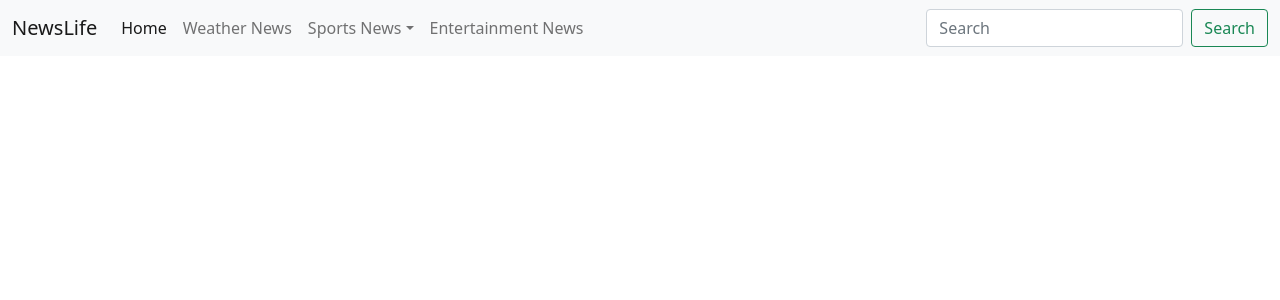
Repository: R-cpu-jpg/Newsapp.github.io
Page: /
These files come from the project's save history. The page is drawn as it stood at one moment and after a run of saves; the edit follows.
The browser window is 1280 px wide. The pictures show the whole page.
The project was rebuilt for these pictures with package versions that can differ from the ones it lists, and the page was loaded fresh each time. Also part of the build but not shown: src/index.css, src/App.css.

Above is the page before, as saved 2023-01-18 11:09:21.

### public/index.html
<!DOCTYPE html>
<html lang="en">
  <head>
    <meta charset="utf-8" />
    <link rel="icon" href="%PUBLIC_URL%/favicon.ico" />
    <meta name="viewport" content="width=device-width, initial-scale=1" />
    <meta name="theme-color" content="#000000" />
    <meta
      name="description"
      content="NewsLife is the site who grab the most of useful information about the all our world. It is also international website that contains the latest news. If you are interested in news of Weather, Politics, Sports, and Film industries. NewsLife is only for you."
    />
    <link rel="apple-touch-icon" href="%PUBLIC_URL%/logo192.png" />
    <!--
      manifest.json provides metadata used when your web app is installed on a
      user's mobile device or desktop. See https://developers.google.com/web/fundamentals/web-app-manifest/
    -->
    <link rel="manifest" href="%PUBLIC_URL%/manifest.json" />
    <link href="https://cdn.jsdelivr.net/npm/bootstrap@5.0.2/dist/css/bootstrap.min.css" rel="stylesheet" integrity="sha384-EVSTQN3/azprG1Anm3QDgpJLIm9Nao0Yz1ztcQTwFspd3yD65VohhpuuCOmLASjC" crossorigin="anonymous">
    <!--
      Notice the use of %PUBLIC_URL% in the tags above.
      It will be replaced with the URL of the `public` folder during the build.
      Only files inside the `public` folder can be referenced from the HTML.

      Unlike "/favicon.ico" or "favicon.ico", "%PUBLIC_URL%/favicon.ico" will
      work correctly both with client-side routing and a non-root public URL.
      Learn how to configure a non-root public URL by running `npm run build`.
    -->
    <title>NewsLife - get daily news free!</title>
  </head>
  <body>
    <noscript>You need to enable JavaScript to run this app.</noscript>
    <div id="root"></div>
    <!--
      This HTML file is a template.
      If you open it directly in the browser, you will see an empty page.

      You can add webfonts, meta tags, or analytics to this file.
      The build step will place the bundled scripts into the <body> tag.

      To begin the development, run `npm start` or `yarn start`.
      To create a production bundle, use `npm run build` or `yarn build`.
    -->
    <script src="https://cdn.jsdelivr.net/npm/@popperjs/core@2.9.2/dist/umd/popper.min.js" integrity="sha384-IQsoLXl5PILFhosVNubq5LC7Qb9DXgDA9i+tQ8Zj3iwWAwPtgFTxbJ8NT4GN1R8p" crossorigin="anonymous"></script>
<script src="https://cdn.jsdelivr.net/npm/bootstrap@5.0.2/dist/js/bootstrap.min.js" integrity="sha384-cVKIPhGWiC2Al4u+LWgxfKTRIcfu0JTxR+EQDz/bgldoEyl4H0zUF0QKbrJ0EcQF" crossorigin="anonymous"></script>
  </body>
</html>

### src/App.js

import './App.css';

import React, { Component } from 'react'
import Navbar from './Components/Navbar';

export default class App extends Component {
  render() {
    return (
      <div>
        <Navbar/>
      </div>
    )
  }
}

### src/Components/Navbar.js
import React, { Component } from 'react'

export class Navbar extends Component {

  render() {
    return (
      <div>
        <nav className="navbar navbar-expand-lg navbar-light bg-light">
            <div className="container-fluid">
                <a className="navbar-brand" href="#">NewsLife</a>
                <button className="navbar-toggler" type="button" data-bs-toggle="collapse" data-bs-target="#navbarSupportedContent" aria-controls="navbarSupportedContent" aria-expanded="false" aria-label="Toggle navigation">
                <span className="navbar-toggler-icon"></span>
                </button>
                <div className="collapse navbar-collapse" id="navbarSupportedContent">
                <ul className="navbar-nav me-auto mb-2 mb-lg-0">
                    <li className="nav-item">
                    <a className="nav-link active" aria-current="page" href="/">Home</a>
                    </li>
                    <li className="nav-item">
                    <a className="nav-link" href="/">Weather News</a>
                    </li>
                    <li className="nav-item dropdown">
                    <a className="nav-link dropdown-toggle" href="/" id="navbarDropdown" role="button" data-bs-toggle="dropdown" aria-expanded="false">
                        Sports News
                    </a>
                    <ul className="dropdown-menu" aria-labelledby="navbarDropdown">
                        <li><a className="dropdown-item" href="/">Basketball</a></li>
                        <li><a className="dropdown-item" href="/">Football</a></li>
                        <li><a className="dropdown-item" href="/">Hockey</a></li>
                        <li><a className="dropdown-item" href="/">Badminton</a></li>
                        <li><a className="dropdown-item" href="/">judo</a></li>
                        <li><hr className="dropdown-divider"/></li>
                        <li><a className="dropdown-item" href="/">More....</a></li>
                    </ul>
                    </li>
                    <li className="nav-item">
                    <a className="nav-link" href="/">Entertainment News</a>
                    </li>
                </ul>
                <form className="d-flex">
                    <input className="form-control me-2" type="search" placeholder="Search" aria-label="Search"/>
                    <button className="btn btn-outline-success" type="submit">Search</button>
                </form>
                </div>
            </div>
        </nav>
      </div>
    )
  }
}

export default Navbar

### src/Components/News.js
import React, { Component } from 'react'

export class News extends Component {
  render() {
    return (
      <div>
        this is news component
      </div>
    )
  }
}

export default News

Loaded but not shown: src/index.js (common file); src/reportWebVitals.js (common file)

After the next 2 saves:
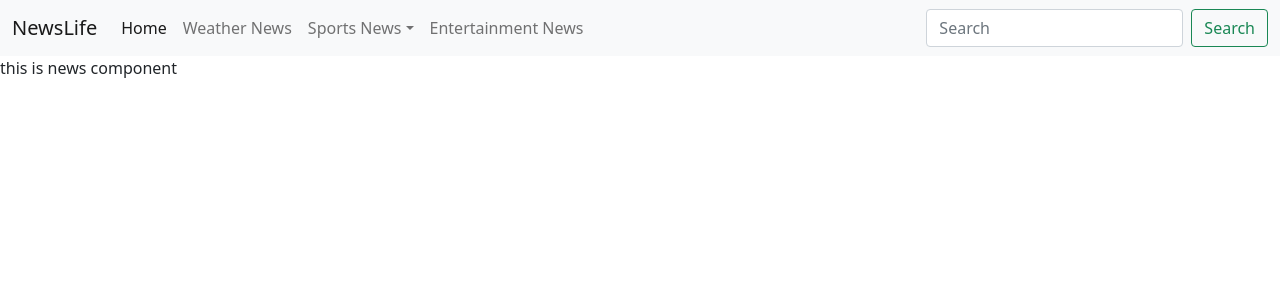
The 2 saves are shown as one change because 1 did not build or start.
The last was saved 3 min 47 s later.
--- a/src/App.js
+++ b/src/App.js
@@ -3,12 +3,14 @@
 
 import React, { Component } from 'react'
 import Navbar from './Components/Navbar';
+import News from './Components/News';
 
 export default class App extends Component {
   render() {
     return (
       <div>
         <Navbar/>
+        <News/>
       </div>
     )
   }
